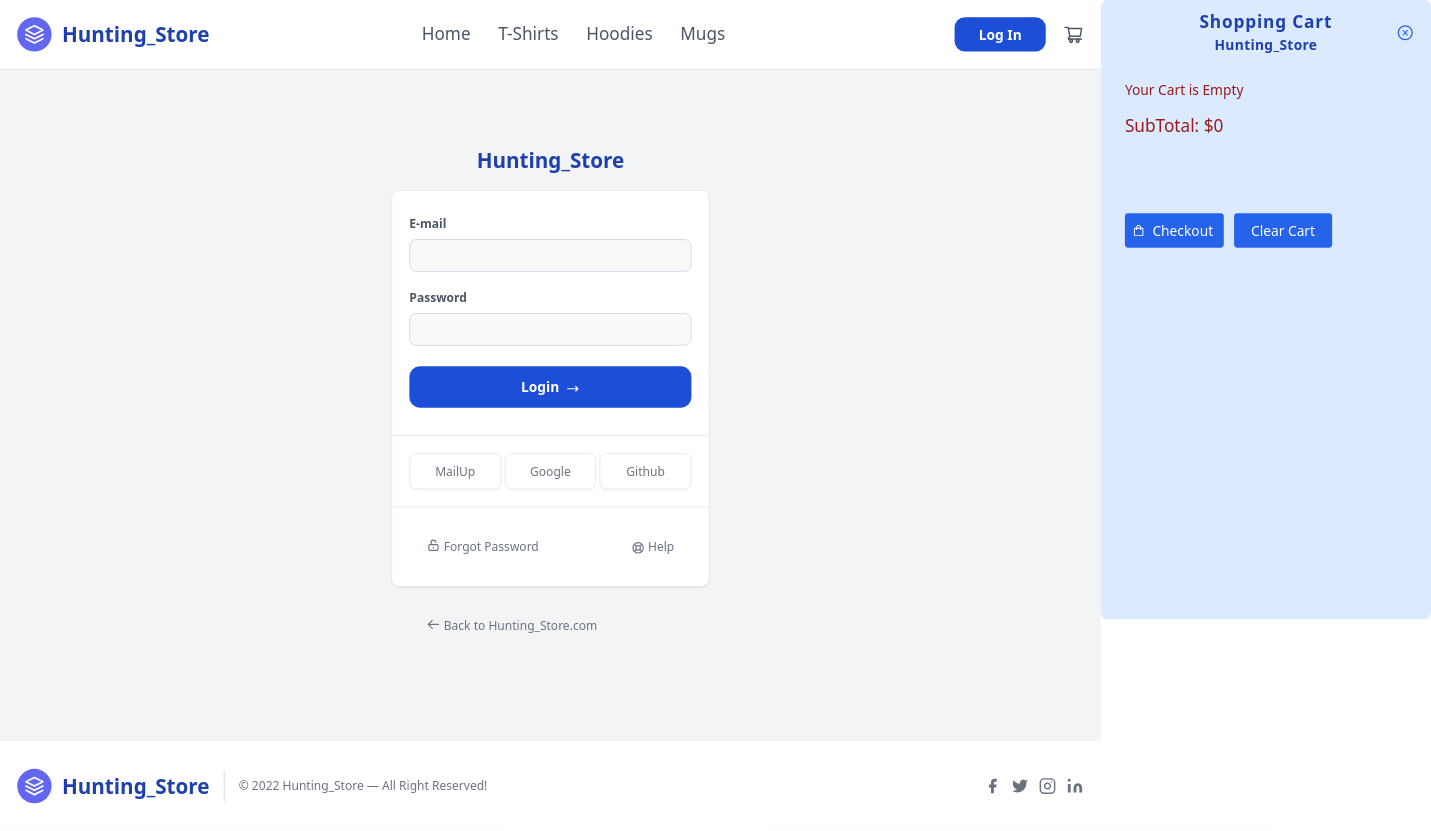
Repository: faixanmalik/ecom-store
Page: /login
These files come from the project's save history. The page is drawn as it stood at one moment and after a run of saves; the edit follows.
The browser window is 1280 px wide. The page is 1664 px wide, then 1280 px, so the pictures cover 1664 px, including what lies to the right of the window. The pictures show the whole page, at 86% of full size.
The project was rebuilt for these pictures with package versions that can differ from the ones it lists, and the page was loaded fresh each time. The framework's server and built-in components were replaced by stand-ins that run in the browser. Also part of the build but not shown: next.config.js.

Above is the page before, as saved 2022-12-26 19:06:03.

After the next 2 saves:
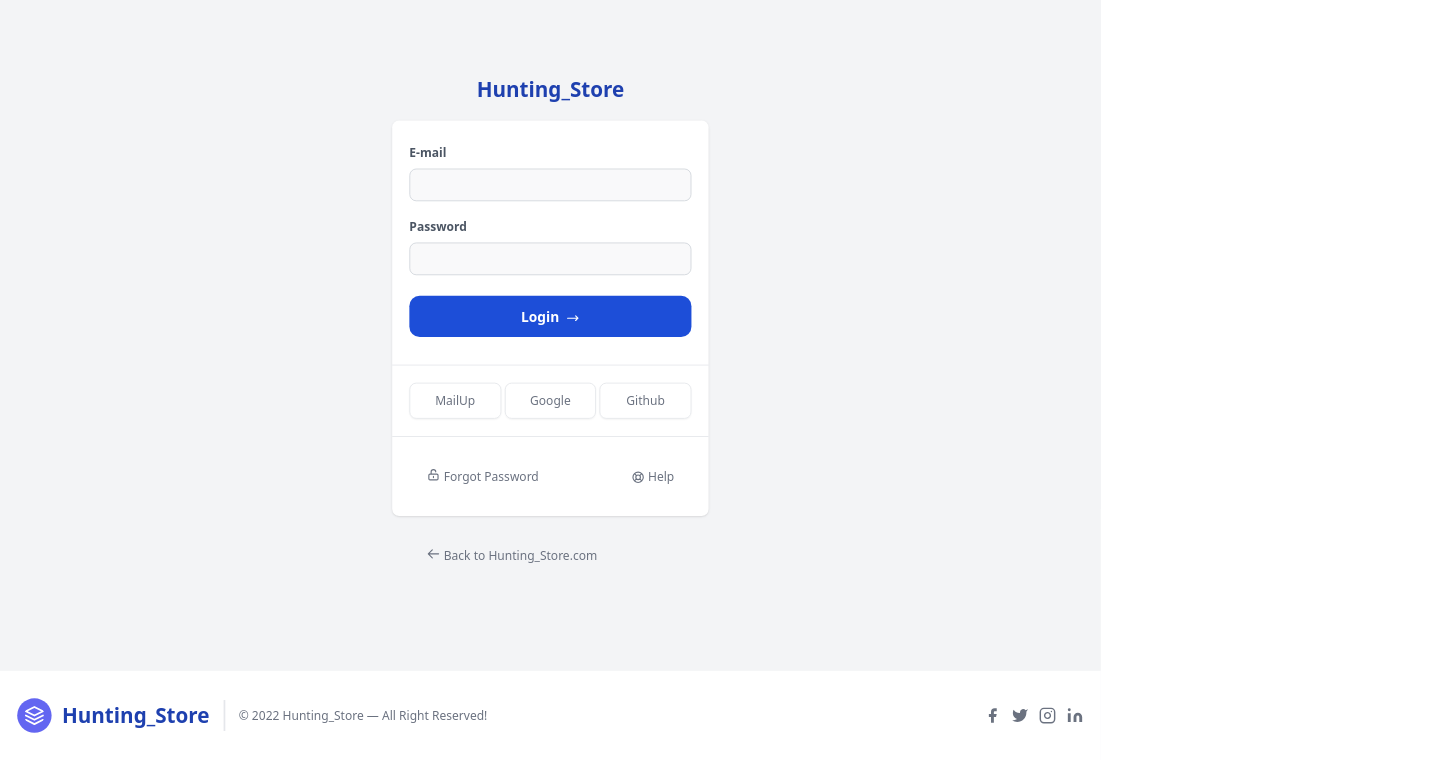
The 2 saves are shown as one change because 1 did not build or start.
The last was saved 44 s later.
--- a/pages/_app.js
+++ b/pages/_app.js
@@ -125,7 +125,8 @@ function MyApp({ Component, pageProps }) {
 
   return <>
   <LoadingBar color='#007af' height={2} progress={progress} waitingTime={300} onLoaderFinished={() => setProgress(0)}/>
-  <Navbar key={key} user={user} logout={logout} cart={cart} addToCart={addToCart} removeFromCart={removeFromCart} clearCart={clearCart} subTotal={subTotal} />
+  {key && <Navbar key={key} user={user} logout={logout} cart={cart} addToCart={addToCart} removeFromCart={removeFromCart} clearCart={clearCart} subTotal={subTotal} />
+    }
   <Component cart={cart} addToCart={addToCart} removeFromCart={removeFromCart} clearCart={clearCart} subTotal={subTotal}  {...pageProps} />
   <Footer/>
   </>
